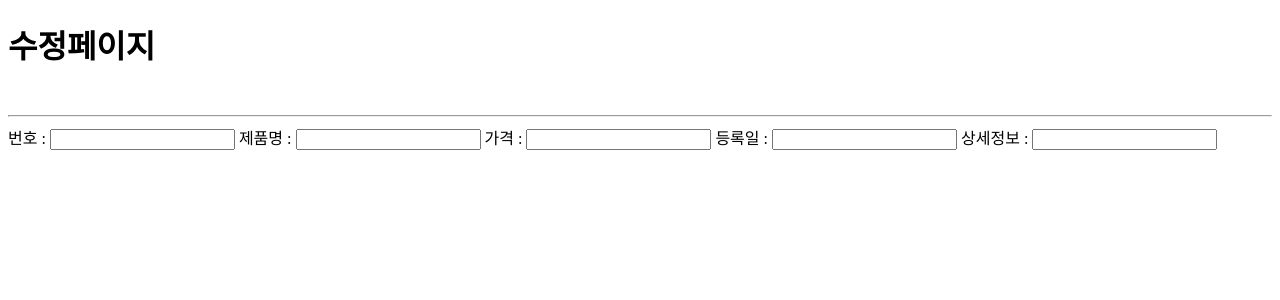
Repository: yangone8249/jsp_project
Page: http://localhost/jsp_study/modify.jsp
An editor plug-in stored every save of this project. The page is shown before and after the next save, followed by the edit.
The browser window is 1280 px wide. The pictures show the whole page.
The page is served by Tomcat 9.

Above is the page before, as saved 2023-05-11 05:59:06.

After the next save:
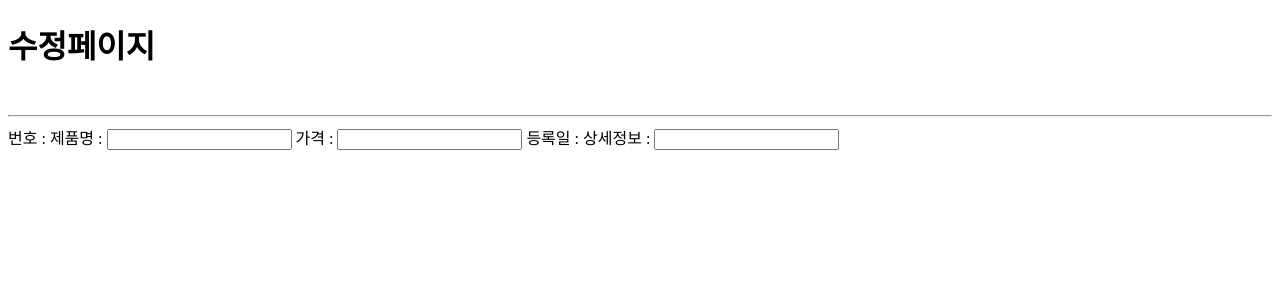
Saved 12 s later.
--- a/jsp_project1/jsp_study/src/main/webapp/modify.jsp
+++ b/jsp_project1/jsp_study/src/main/webapp/modify.jsp
@@ -9,10 +9,10 @@
 <body>
 		<h1>수정페이지</h1>
 		<br><hr>
-		번호 : <input type="text">
+		번호 :
 		제품명 : <input type="text">
 		가격 : <input type="text">
-		등록일 : <input type="text">
+		등록일 :
 		상세정보 : <input type="text">
 </body>
 </html>
